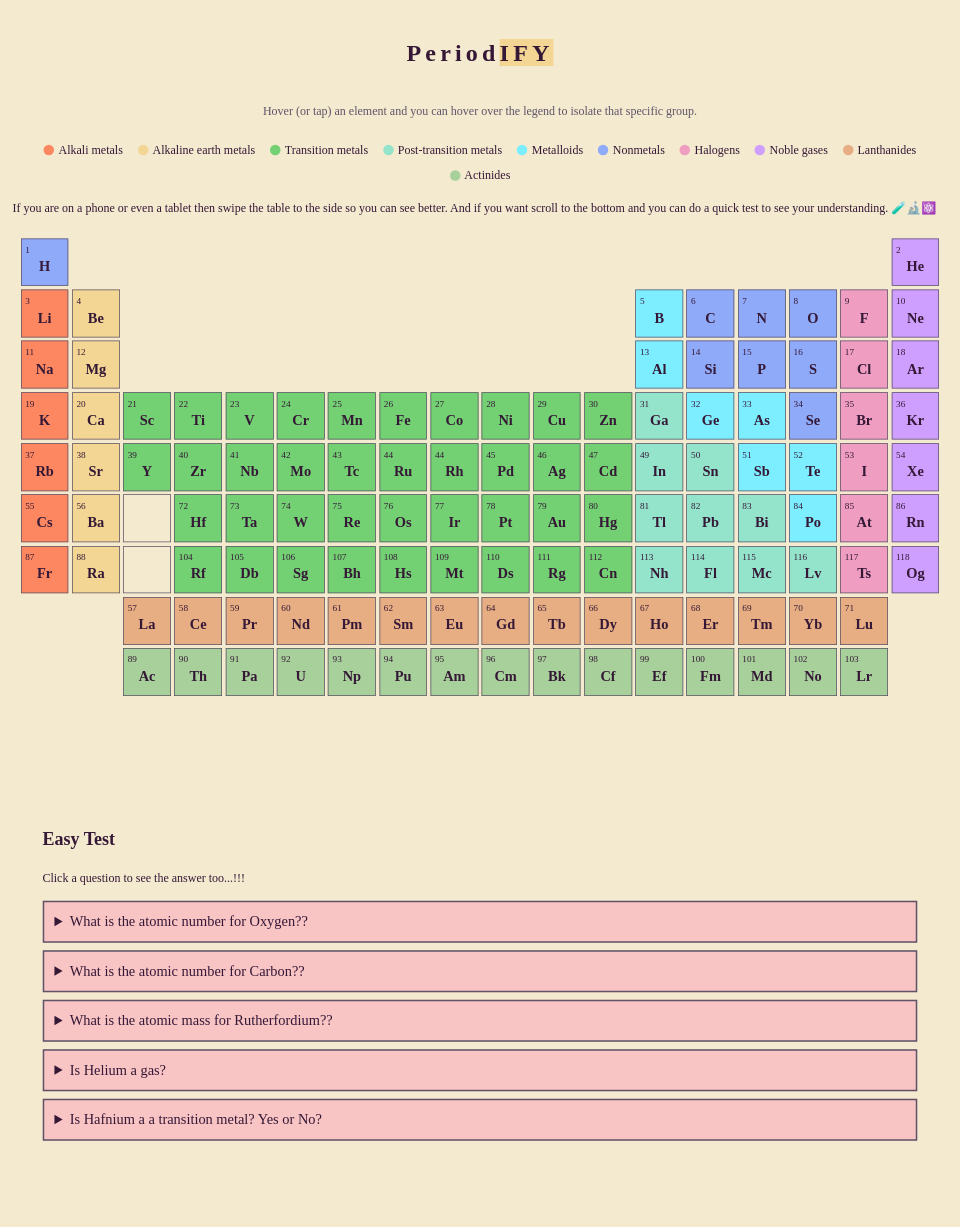
Repository: manayparikh1/Periodify
Page: index.html
An editor plug-in stored every save of this project. The page is shown before and after the next save, followed by the edit.
The browser window is 1280 px wide. The pictures show the whole page, at 75% of full size.

Above is the page before, as saved 2026-10-19 20:14:24.

### index.html
<!DOCTYPE html>
<html lang="en">

<head>
    <meta charset="UTF-8">
    <meta name="viewport" content="width=device-width, initial-scale=1.0">
    <title>Periodify</title>
</head>

<body>
    <!-- === HTML STARTS here===-->
    <header>
        <h1>Period<span>IFY</span></h1>
        <p>Hover (or tap) an element and you can hover over the legend to isolate that specific group.</p>
    </header>
    <!-- === Legend === -->
    <ul class="legend">
        <li class="k-ak" style="--c: var(--ak);">Alkali metals</li>
        <li class="k-ae" style="--c: var(--ae);">Alkaline earth metals</li>
        <li class="k-tm" style="--c: var(--tm);">Transition metals</li>
        <li class="k-pt" style="--c: var(--pt);">Post-transition metals</li>
        <li class="k-md" style="--c: var(--md);">Metalloids</li>
        <li class="k-nm" style="--c: var(--nm);">Nonmetals</li>
        <li class="k-hg" style="--c: var(--hg);">Halogens</li>
        <li class="k-hl" style="--c: var(--hl);">Noble gases</li>
        <li class="k-la" style="--c: var(--la);">Lanthanides</li>
        <li class="k-ac" style="--c: var(--ac);">Actinides</li>
    </ul>
    <p class="hint">If you are on a phone or even a tablet then swipe the table to the side so you can see better. And
        if you want scroll to the bottom and you can do a quick test to see your understanding. 🧪🔬⚛️</p>
    <div class="scroll">
        <div class="table">


            <!-- The first period -->
            <div class="el nm" tabindex="0"><i>1</i><b>H</b><span>Hydrogen<br>Atomic mass = 1.008</span></div>
            <div class="gap" style="--n:16"></div>
            <!-- Gives a 16 element gap because hydron and helium are not in the same column -->
            <div class="el ng" tabindex="0"><i>2</i><b>He</b><span>Helium<br>Atomic mass = 4.003</span></div>
            <!-- The second period -->
            <div class="el ak" tabindex="0"><i>3</i><b>Li</b><span>Lithium<br>Atomic mass = 6.94</span></div>
            <div class="el ae" tabindex="0"><i>4</i><b>Be</b><span>Beryllium<br>Atomic mass = 9.012</span></div>
            <div class="gap" style="--n:10"></div>
            <div class="el md" tabindex="0"><i>5</i><b>B</b><span>Boron<br>Atomic mass = 10.81</span></div>
            <div class="el nm" tabindex="0"><i>6</i><b>C</b><span>Carbon<br>Atomic mass = 12.01</span></div>
            <div class="el nm" tabindex="0"><i>7</i><b>N</b><span>Nitrogen<br>Atomic mass = 14.01</span></div>
            <div class="el nm" tabindex="0"><i>8</i><b>O</b><span>Oxygen<br>Atomic mass = 16.00</span></div>
            <div class="el hg" tabindex="0"><i>9</i><b>F</b><span>Fluorine<br>Atomic mass = 19.00</span></div>
            <div class="el ng" tabindex="0"><i>10</i><b>Ne</b><span>Neon<br>Atomic mass = 20.18</span></div>
            <!-- The third period -->
            <div class="el ak" tabindex="0"><i>11</i><b>Na</b><span>Sodium<br>Atomic mass = 22.99</span></div>
            <div class="el ae" tabindex="0"><i>12</i><b>Mg</b><span>Magnesium<br>Atomic mass = 24.31</span></div>
            <div class="gap" style="--n:10"></div>
            <div class="el md" tabindex="0"><i>13</i><b>Al</b><span>Aluminum<br>Atomic mass = 26.98</span></div>
            <div class="el nm" tabindex="0"><i>14</i><b>Si</b><span>Silicon<br>Atomic mass = 28.09</span></div>
            <div class="el nm" tabindex="0"><i>15</i><b>P</b><span>Phosphorus<br>Atomic mass = 30.97</span></div>
            <div class="el nm" tabindex="0"><i>16</i><b>S</b><span>Sulfur<br>Atomic mass = 32.06</span></div>
            <div class="el hg" tabindex="0"><i>17</i><b>Cl</b><span>Chlorine<br>Atomic mass = 35.45</span></div>
            <div class="el ng" tabindex="0"><i>18</i><b>Ar</b><span>Argon<br>Atomic mass = 39.95</span></div>
            <!-- the fourth period -->
            <div class="el ak" tabindex="0"><i>19</i><b>K</b><span>Potassium<br>Atomic mass = 39.09</span></div>
            <div class="el ae" tabindex="0"><i>20</i><b>Ca</b><span>Calcium<br>Atomic mass = 40.08</span></div>
            <div class="el tm" tabindex="0"><i>21</i><b>Sc</b><span>Scandium<br>Atomic mass = 44.96</span></div>
            <div class="el tm" tabindex="0"><i>22</i><b>Ti</b><span>Titanium<br>Atomic mass = 47.87</span></div>
            <div class="el tm" tabindex="0"><i>23</i><b>V</b><span>Vanadium<br>Atomic mass = 50.94</span></div>
            <div class="el tm" tabindex="0"><i>24</i><b>Cr</b><span>Chromium<br>Atomic mass = 52.00</span></div>
            <div class="el tm" tabindex="0"><i>25</i><b>Mn</b><span>Manganese<br>Atomic mass = 54.94</span></div>
            <div class="el tm" tabindex="0"><i>26</i><b>Fe</b><span>Iron<br>Atomic mass = 55.85</span></div>
            <div class="el tm" tabindex="0"><i>27</i><b>Co</b><span>Cobalt<br>Atomic mass = 58.93</span></div>
            <div class="el tm" tabindex="0"><i>28</i><b>Ni</b><span>Nickel<br>Atomic mass = 58.69</span></div>
            <div class="el tm" tabindex="0"><i>29</i><b>Cu</b><span>Copper<br>Atomic mass = 63.55</span></div>
            <div class="el tm" tabindex="0"><i>30</i><b>Zn</b><span>Zinc<br>Atomic mass = 65.38</span></div>
            <div class="el pt" tabindex="0"><i>31</i><b>Ga</b><span>Gallium<br>Atomic mass = 69.72</span></div>
            <div class="el md" tabindex="0"><i>32</i><b>Ge</b><span>Germanium<br>Atomic mass = 72.63</span></div>
            <div class="el md" tabindex="0"><i>33</i><b>As</b><span>Arsenic<br>Atomic mass = 74.92</span></div>
            <div class="el nm" tabindex="0"><i>34</i><b>Se</b><span>Selenium<br>Atomic mass = 78.96</span></div>
            <div class="el hg" tabindex="0"><i>35</i><b>Br</b><span>Bromine<br>Atomic mass = 79.90</span></div>
            <div class="el ng" tabindex="0"><i>36</i><b>Kr</b><span>Krypton<br>Atomic mass = 83.80</span></div>
            <!-- the fifth period -->
            <div class="el ak" tabindex="0"><i>37</i><b>Rb</b><span>Rubidium<br>Atomic mass = 85.47</span></div>
            <div class="el ae" tabindex="0"><i>38</i><b>Sr</b><span>Strontium<br>Atomic mass = 87.62</span></div>
            <div class="el tm" tabindex="0"><i>39</i><b>Y</b><span>Yttrium<br>Atomic mass = 88.91</span></div>
            <div class="el tm" tabindex="0"><i>40</i><b>Zr</b><span>Zirconium<br>Atomic mass = 91.22</span></div>
            <div class="el tm" tabindex="0"><i>41</i><b>Nb</b><span>Niobium<br>Atomic mass = 92.91</span></div>
            <div class="el tm" tabindex="0"><i>42</i><b>Mo</b><span>Molybdenum<br>Atomic mass = 95.95</span></div>
            <div class="el tm" tabindex="0"><i>43</i><b>Tc</b><span>Technetium<br>Atomic mass = 98.00</span></div>
            <div class="el tm" tabindex="0"><i>44</i><b>Ru</b><span>Ruthenium<br>Atomic mass = 101.07</span></div>
            <div class="el tm" tabindex="0"><i>44</i><b>Rh</b><span>Rhodium<br>Atomic mass = 102.91</span></div>
            <div class="el tm" tabindex="0"><i>45</i><b>Pd</b><span>Palladium<br>Atomic mass = 106.42</span></div>
            <div class="el tm" tabindex="0"><i>46</i><b>Ag</b><span>Silver<br>Atomic mass = 107.87</span></div>
            <div class="el tm" tabindex="0"><i>47</i><b>Cd</b><span>Cadmium<br>Atomic mass = 112.41</span></div>
            <div class="el pt" tabindex="0"><i>49</i><b>In</b><span>Indium<br>Atomic mass = 114.82</span></div>
            <div class="el pt" tabindex="0"><i>50</i><b>Sn</b><span>Tin<br>Atomic mass = 118.71</span></div>
            <div class="el md" tabindex="0"><i>51</i><b>Sb</b><span>Antimony<br>Atomic mass = 121.76</span></div>
            <div class="el md" tabindex="0"><i>52</i><b>Te</b><span>Tellurium<br>Atomic mass = 127.60</span></div>
            <div class="el hg" tabindex="0"><i>53</i><b>I</b><span>Iodine<br>Atomic mass = 126.90</span></div>
            <div class="el ng" tabindex="0"><i>54</i><b>Xe</b><span>Xenon<br>Atomic mass = 131.29</span></div>
            <!-- the sixth period -->
            <div class="el ak" tabindex="0"><i>55</i><b>Cs</b><span>Caesium<br>Atomic mass = 132.91</span></div>
            <div class="el ae" tabindex="0"><i>56</i><b>Ba</b><span>Barium<br>Atomic mass = 137.33</span></div>
            <!-- this is the gap for the lanthanoids  group (goes to hafnium straight)-->
            <div class="el " tabindex="0"><i></i><b></b><span>Lanthanoids<br>57-71</span></div>
            <div class="el tm" tabindex="0"><i>72</i><b>Hf</b><span>Hafnium<br>Atomic mass = 178.49</span></div>
            <div class="el tm" tabindex="0"><i>73</i><b>Ta</b><span>Tantalum<br>Atomic mass = 180.95</span></div>
            <div class="el tm" tabindex="0"><i>74</i><b>W</b><span>Tungsten<br>Atomic mass = 183.84</span></div>
            <div class="el tm" tabindex="0"><i>75</i><b>Re</b><span>Rhenium<br>Atomic mass = 186.21</span></div>
            <div class="el tm" tabindex="0"><i>76</i><b>Os</b><span>Osmium<br>Atomic mass = 190.23</span></div>
            <div class="el tm" tabindex="0"><i>77</i><b>Ir</b><span>Iridium<br>Atomic mass = 192.22</span></div>
            <div class="el tm" tabindex="0"><i>78</i><b>Pt</b><span>Platinum<br>Atomic mass = 195.08</span></div>
            <div class="el tm" tabindex="0"><i>79</i><b>Au</b><span>Gold<br>Atomic mass = 196.97</span></div>
            <div class="el tm" tabindex="0"><i>80</i><b>Hg</b><span>Mercury<br>Atomic mass = 200.59</span></div>
            <div class="el pt" tabindex="0"><i>81</i><b>Tl</b><span>Thallium<br>Atomic mass = 204.38</span></div>
            <div class="el pt" tabindex="0"><i>82</i><b>Pb</b><span>Lead<br>Atomic mass = 207.2</span></div>
            <div class="el pt" tabindex="0"><i>83</i><b>Bi</b><span>Bismuth<br>Atomic mass = 208.98</span></div>
            <div class="el md" tabindex="0"><i>84</i><b>Po</b><span>Polonium<br>Atomic mass = 209.00</span></div>
            <div class="el hg" tabindex="0"><i>85</i><b>At</b><span>Astatine<br>Atomic mass = 209.99</span></div>
            <div class="el ng" tabindex="0"><i>86</i><b>Rn</b><span>Radon<br>Atomic mass = 222.00</span></div>
            <!-- the seventh period -->
            <div class="el ak" tabindex="0"><i>87</i><b>Fr</b><span>Francium<br>Atomic mass = 223.00</span></div>
            <div class="el ae" tabindex="0"><i>88</i><b>Ra</b><span>Radium<br>Atomic mass = 226.00</span></div>
            <!-- this gap is the space for the Actinide block -->
            <div class="el " tabindex="0"><i></i><b></b><span>Actinides<br>89-103</span></div>
            <div class="el tm" tabindex="0"><i>104</i><b>Rf</b><span>Rutherfordium<br>Atomic mass = 267.00</span></div>
            <div class="el tm" tabindex="0"><i>105</i><b>Db</b><span>Dubnium<br>Atomic mass = 268.00</span></div>
            <div class="el tm" tabindex="0"><i>106</i><b>Sg</b><span>Seaborgium<br>Atomic mass = 269.00</span></div>
            <div class="el tm" tabindex="0"><i>107</i><b>Bh</b><span>Bhorium<br>Atomic mass = 270.00</span></div>
            <div class="el tm" tabindex="0"><i>108</i><b>Hs</b><span>Hassium<br>Atomic mass = 270.00</span></div>
            <div class="el tm" tabindex="0"><i>109</i><b>Mt</b><span>Meitnerium<br>Atomic mass = 278.00</span></div>
            <div class="el tm" tabindex="0"><i>110</i><b>Ds</b><span>Darmstadtium<br>Atomic mass = 281.00</span></div>
            <div class="el tm" tabindex="0"><i>111</i><b>Rg</b><span>Roentgenium<br>Atomic mass = 282.00</span></div>
            <div class="el tm" tabindex="0"><i>112</i><b>Cn</b><span>Copernicium<br>Atomic mass = 285.00</span></div>
            <div class="el pt" tabindex="0"><i>113</i><b>Nh</b><span>Nihonium<br>Atomic mass = 286.00</span></div>
            <div class="el pt" tabindex="0"><i>114</i><b>Fl</b><span>Flerovium<br>Atomic mass = 289.00</span></div>
            <div class="el pt" tabindex="0"><i>115</i><b>Mc</b><span>Moscovium<br>Atomic mass = 290.00</span></div>
            <div class="el pt" tabindex="0"><i>116</i><b>Lv</b><span>Livermorium<br>Atomic mass = 293.00</span></div>
            <div class="el hg" tabindex="0"><i>117</i><b>Ts</b><span>Tennessine<br>Atomic mass = 294.00</span></div>
            <div class="el ng" tabindex="0"><i>118</i><b>Og</b><span>Oganesson<br>Atomic mass = 294.00</span></div>
            <!-- the lanthanoids -->
            <div class="gap" style="--n:2"></div>
            <div class="el la" tabindex="0"><i>57</i><b>La</b><span>Lanthanum<br>Atomic mass = 138.91</span></div>
            <div class="el la" tabindex="0"><i>58</i><b>Ce</b><span>Cerium<br>Atomic mass = 140.12</span></div>
            <div class="el la" tabindex="0"><i>59</i><b>Pr</b><span>Praseodymium<br>Atomic mass = 140.91</span></div>
            <div class="el la" tabindex="0"><i>60</i><b>Nd</b><span>Neodymium<br>Atomic mass = 144.24</span></div>
            <div class="el la" tabindex="0"><i>61</i><b>Pm</b><span>Promethium<br>Atomic mass = 145.00</span></div>
            <div class="el la" tabindex="0"><i>62</i><b>Sm</b><span>Samarium<br>Atomic mass = 150.36</span></div>
            <div class="el la" tabindex="0"><i>63</i><b>Eu</b><span>Europium<br>Atomic mass = 151.96</span></div>
            <div class="el la" tabindex="0"><i>64</i><b>Gd</b><span>Gadollinium<br>Atomic mass = 157.25</span></div>
            <div class="el la" tabindex="0"><i>65</i><b>Tb</b><span>Terbium<br>Atomic mass = 158.93</span></div>
            <div class="el la" tabindex="0"><i>66</i><b>Dy</b><span>Dysprosium<br>Atomic mass = 162.50</span></div>
            <div class="el la" tabindex="0"><i>67</i><b>Ho</b><span>Holmium<br>Atomic mass = 164.93</span></div>
            <div class="el la" tabindex="0"><i>68</i><b>Er</b><span>Erbium<br>Atomic mass = 167.26</span></div>
            <div class="el la" tabindex="0"><i>69</i><b>Tm</b><span>Thulium<br>Atomic mass = 168.93</span></div>
            <div class="el la" tabindex="0"><i>70</i><b>Yb</b><span>Ytterbium<br>Atomic mass = 173.05</span></div>
            <div class="el la" tabindex="0"><i>71</i><b>Lu</b><span>Lutetium<br>Atomic mass = 174.97</span></div>
            <div class="gap" style="--n:1"></div>

            <!-- the actinides section -->
            <div class="gap" style="--n:2"></div>
            <div class="el ac" tabindex="0"><i>89</i><b>Ac</b><span>Actinium<br>Atomic mass = 227.00</span></div>
            <div class="el ac" tabindex="0"><i>90</i><b>Th</b><span>Thorium<br>Atomic mass = 232.04</span></div>
            <div class="el ac" tabindex="0"><i>91</i><b>Pa</b><span>Protactinium<br>Atomic mass = 231.04</span></div>
            <div class="el ac" tabindex="0"><i>92</i><b>U</b><span>Uranium<br>Atomic mass = 238.03</span></div>
            <div class="el ac" tabindex="0"><i>93</i><b>Np</b><span>Neptunium<br>Atomic mass = 237.00</span></div>
            <div class="el ac" tabindex="0"><i>94</i><b>Pu</b><span>Plutonium<br>Atomic mass = 244.00</span></div>
            <div class="el ac" tabindex="0"><i>95</i><b>Am</b><span>Americium<br>Atomic mass = 243.00</span></div>
            <div class="el ac" tabindex="0"><i>96</i><b>Cm</b><span>Curium<br>Atomic mass = 247.00</span></div>
            <div class="el ac" tabindex="0"><i>97</i><b>Bk</b><span>Berkelium<br>Atomic mass = 247.00</span></div>
            <div class="el ac" tabindex="0"><i>98</i><b>Cf</b><span>Californium<br>Atomic mass = 251.00</span></div>
            <div class="el ac" tabindex="0"><i>99</i><b>Ef</b><span>Einsteinium<br>Atomic mass = 252.00</span></div>
            <div class="el ac" tabindex="0"><i>100</i><b>Fm</b><span>Fermium<br>Atomic mass = 257.00</span></div>
            <div class="el ac" tabindex="0"><i>101</i><b>Md</b><span>Mendelevium<br>Atomic mass = 258.00</span></div>
            <div class="el ac" tabindex="0"><i>102 </i><b>No </b><span>Nobelium<br>Atomic mass = 259.00</span></div>
            <div class="el ac" tabindex="0"><i>103</i><b>Lr</b><span>Lawrencium<br>Atomic mass = 266.00</span></div>
            <div class="gap" style="--n:1"></div>
        </div>
    </div>


    <!-- the quiz section with around 5 questions-->
    <section class="Quiz">
        <h2>Easy Test</h2>
        <p>Click a question to see the answer too...!!!</p>

        <details>
            <summary>What is the atomic number for Oxygen??</summary>
            <p>The atomic number for Oxygen is 8.</p>
        </details>
        <details>
            <summary>What is the atomic number for Carbon??</summary>
            <p>The atomic number for Carbon is 6.</p>
        </details>
        <details>
            <summary>What is the atomic mass for Rutherfordium??</summary>
            <p>The atomic mass for Rutherfordium is 261.00.</p>
        </details>
        <details>
            <summary>Is Helium a gas?</summary>
            <p>Yes Helium is a gas.</p>
        </details>
        <details>
            <summary>Is Hafnium a a transition metal? Yes or No?</summary>
            <p>Yes Hafnium is a transition metal.</p>
        </details>
    </section>

    <!-- the HTML ENDS here and css starts=== -->
    <style>
        :root {
            --colouring: #341836;
            --main: #5e5468;
            --papercolor: #f4eacf;

            --ak: #fc8760;
            --ae: #f3d693;
            --tm: #73d073;
            --pt: #94e4cc;
            --md: #7deeff;
            --nm: #90aafa;
            --hl: #cf9fff;
            --hg: #ef9ec1;
            --la: #e7ad83;
            --ac: #a8d09b;
        }

        /* The page (looks) (its gonna look like a notebook)*/

        * {
            box-sizing: border-box;
        }

        body {
            margin: 0;
            padding: 23px 16.6px 48.5px;
            background: var(--papercolor);
            color: var(--colouring);
            font-family: "Comic Sans MS", "Comic Sans", "Comic Neue", "Chalkboard SE", cursive;
            line-height: 1.67;
        }

        header {
            text-align: center;
            margin-bottom: 25px;
        }

        h1 {
            text-align: center;
            margin-bottom: 37px;
            letter-spacing: 5.6px;
        }

        h1 span {
            background: var(--ae);
        }

        header p {
            margin: 5.5px 0 0;
            color: var(--main);
        }

        /* -- the periodic table part -- */
        .scroll {
            overflow-x: auto;
            padding: 11.5px 11px 130px;
        }

        .table {
            display: grid;
            grid-template-columns: repeat(18, minmax(54px, 1fr));
            gap: 4.6px;
            min-width: 1060px;
            max-width: 1414px;
            margin: 0 auto;
        }

        .gap {
            grid-column: span var(--n);
        }

        .gap.row {
            height: 14px;
        }

        .el {
            position: relative;
            aspect-ratio: 1/1;
            border: 1.4px solid var(--main);
            padding: 4px 5px;
            /*basically each elements box size*/
            cursor: pointer;
        }

        .el i {
            font-style: normal;
            font-size: 0.77rem;
            display: block;
        }

        .el b {
            display: block;
            font-size: 1.2rem;
            text-align: center;
            line-height: 1.2;
        }


        /* thing willl basically stay hidden unless u hover or tap a title*/

        .el span {

            display: none;
            position: absolute;
            top: 110%;
            left: 55%;
            transform: translateX(-45%);
            width: 148px;
            padding: 8.5px 10.5px;
            background: #caf4cb;
            border: 1.65px solid var(--main);
            font-size: 0.74rem;
            text-align: center;
            z-index: 9;
        }

        .el:hover span,
        .el:focus span {
            display: block;
        }

        /*hovering colours*/

        .ak {
            background: var(--ak);
        }

        .ae {
            background: var(--ae);
        }

        .tm {
            background: var(--tm);
        }

        .pt {
            background: var(--pt);
        }

        .md {
            background: var(--md);
        }

        .nm {
            background: var(--nm);
        }

        .hg {
            background: var(--hg);
        }

        .ng {
            background: var(--hl);
        }

        .la {
            background: var(--la);
        }

        .ac {
            background: var(--ac);
        }

        /* the legend part */

        .legend {
            list-style: none;
            /*takes away numbered list*/
            display: flex;
            flex-wrap: wrap;
            /*organizes the legend*/
            justify-content: center;
            gap: 7.5px 20px;
            padding: 0;
        }

        .legend li {
            display: flex;
            align-items: center;
            gap: 5.6px;
        }

        .legend li::before {
            content: "";
            width: 14px;
            height: 14px;
            border-radius: 50%;
            background: var(--c);
        }

        /*the quiz function*/


        .Quiz {
            margin: 40px;
        }

        .Quiz details {
            font-size: 1.2rem;
            border: 2px solid var(--main);
            /*Gives a box */
            padding: 10px 14px;
            /*spacing in the box*/
            margin-bottom: 10px;
            /*spacing between the boxes*/
            background: rgb(249, 196, 196);
        }

        .quiz summary {
            font-weight: bold;
            cursor: pointer;
            /*js shows that its clickable*/
        }

After the next save:
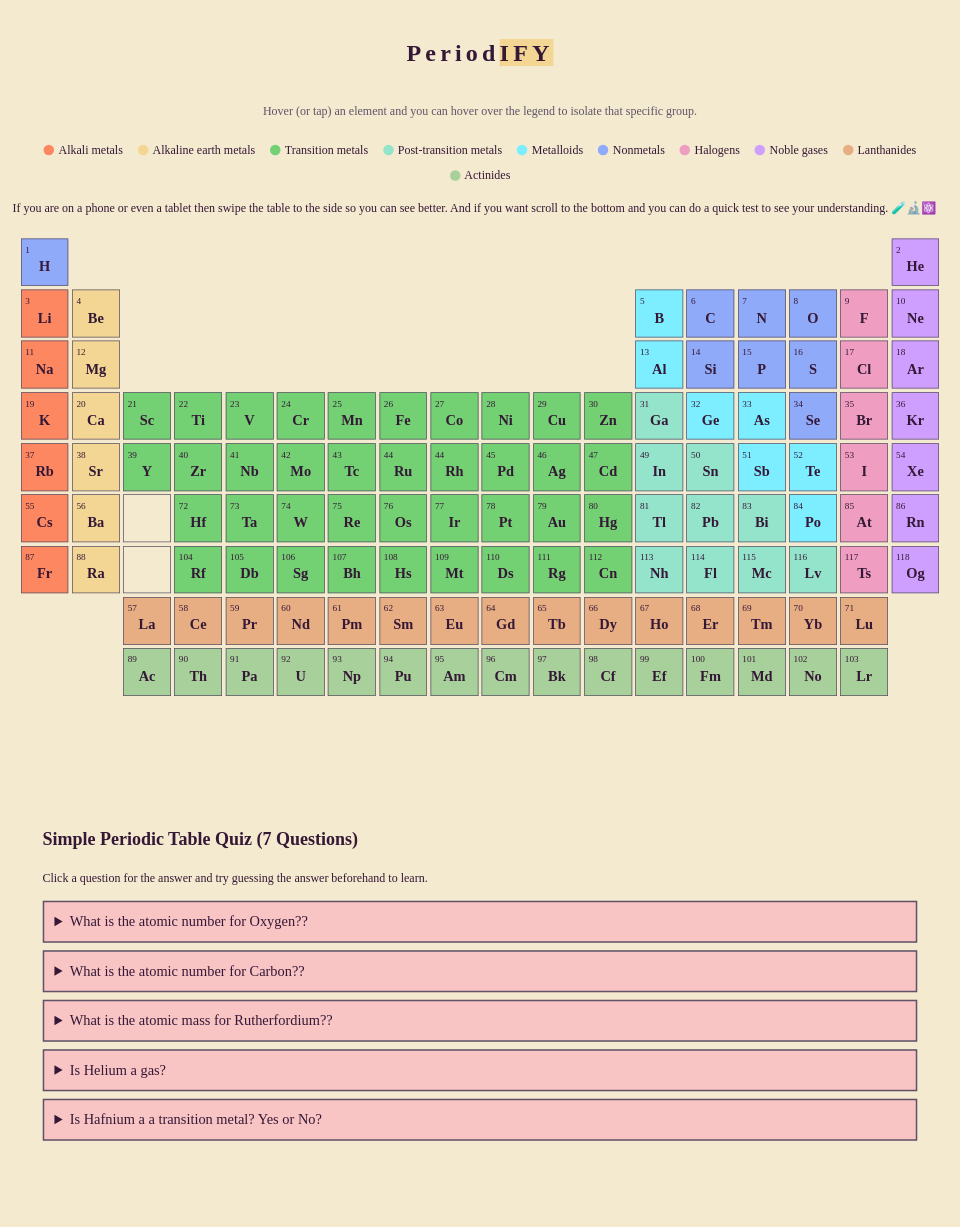
Saved 72 s later.
--- a/index.html
+++ b/index.html
@@ -176,10 +176,10 @@
     </div>
 
 
-    <!-- the quiz section with around 5 questions-->
+    <!-- the quiz section with around 7 questions-->
     <section class="Quiz">
-        <h2>Easy Test</h2>
-        <p>Click a question to see the answer too...!!!</p>
+        <h2>Simple Periodic Table Quiz (7 Questions)</h2>
+        <p>Click a question for the answer and try guessing the answer beforehand to learn.</p>
 
         <details>
             <summary>What is the atomic number for Oxygen??</summary>
